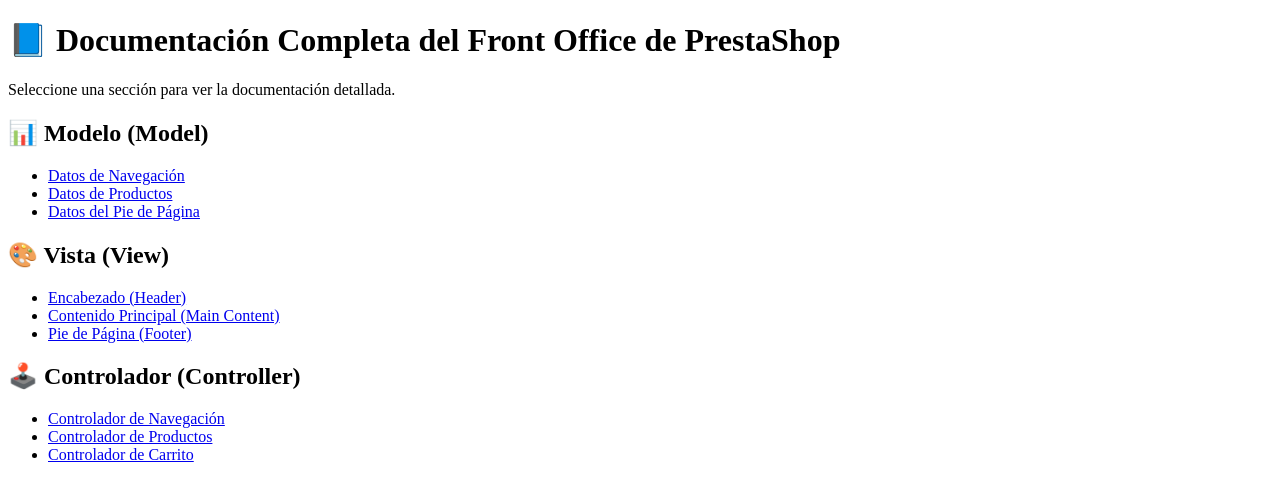
Repository: mag00s/documentacion-prestashop
Page: index.html
An editor plug-in stored every save of this project. The page is shown before and after the next save, followed by the edit.
The browser window is 1280 px wide. The pictures show the whole page.

Above is the page before, as saved 2024-11-13 16:27:41.

### index.html
<!DOCTYPE html>
<html lang="es">
<head>
    <meta charset="UTF-8">
    <meta name="viewport" content="width=device-width, initial-scale=1.0">
    <title>Documentación del Front Office - PrestaShop</title>
</head>
<body>
    <h1>📘 Documentación Completa del Front Office de PrestaShop</h1>
    <p>Seleccione una sección para ver la documentación detallada.</p>

    <h2>📊 Modelo (Model)</h2>
    <ul>
        <li><a href="model/datos_navegacion.html">Datos de Navegación</a></li>
        <li><a href="model/datos_productos.html">Datos de Productos</a></li>
        <li><a href="model/datos_pie_pagina.html">Datos del Pie de Página</a></li>
    </ul>

    <h2>🎨 Vista (View)</h2>
    <ul>
        <li><a href="view/encabezado.html">Encabezado (Header)</a></li>
        <li><a href="view/contenido_principal.html">Contenido Principal (Main Content)</a></li>
        <li><a href="view/pie_pagina.html">Pie de Página (Footer)</a></li>
    </ul>

    <h2>🕹️ Controlador (Controller)</h2>
    <ul>
        <li><a href="controller/controlador_navegacion.html">Controlador de Navegación</a></li>
        <li><a href="controller/controlador_productos.html">Controlador de Productos</a></li>
        <li><a href="controller/controlador_carrito.html">Controlador de Carrito</a></li>
    </ul>
</body>
</html>

### styles.css
/* Colores principales de la página */
:root {
    --primary-color: #2eacce;
    --secondary-color: #f5f5f5;
    --text-color: #333;
    --border-color: #ddd;
}

/* Estilo para el cuerpo de la página */
body {
    font-family: Arial, sans-serif;
    line-height: 1.6;
    margin: 0;
    padding: 0;
    color: var(--text-color);
    background-color: var(--secondary-color);
}

/* Contenedor principal */
.container {
    max-width: 1200px;
    margin: 0 auto;
    background-color: white;
    padding: 20px;
    box-shadow: 0 2px 4px rgba(0,0,0,0.1);
}

/* Cabecera */
.header {
    background-color: var(--primary-color);
    color: white;
    padding: 2rem;
    text-align: center;
}

/* Barra de navegación */
.navigation {
    position: sticky;
    top: 0;
    background: white;
    padding: 1rem;
    border-bottom: 1px solid var(--border-color);
    z-index: 100;
}

.nav-list {
    list-style: none;
    padding: 0;
    display: flex;
    gap: 1rem;
    flex-wrap: wrap;
}

.nav-item a {
    text-decoration: none;
    color: var(--text-color);
    cursor: pointer;
    padding: 0.5rem 1rem;
    background: var(--secondary-color);
    border-radius: 4px;
}

.nav-item a:hover {
    background: var(--primary-color);
    color: white;
}

/* Secciones de contenido */
.section {
    margin: 2rem 0;
    padding: 1rem;
    border: 1px solid var(--border-color);
    border-radius: 4px;
}

/* Pie de página */
footer {
    text-align: center;
    padding: 1rem;
    font-size: 0.9rem;
}

After the next save:
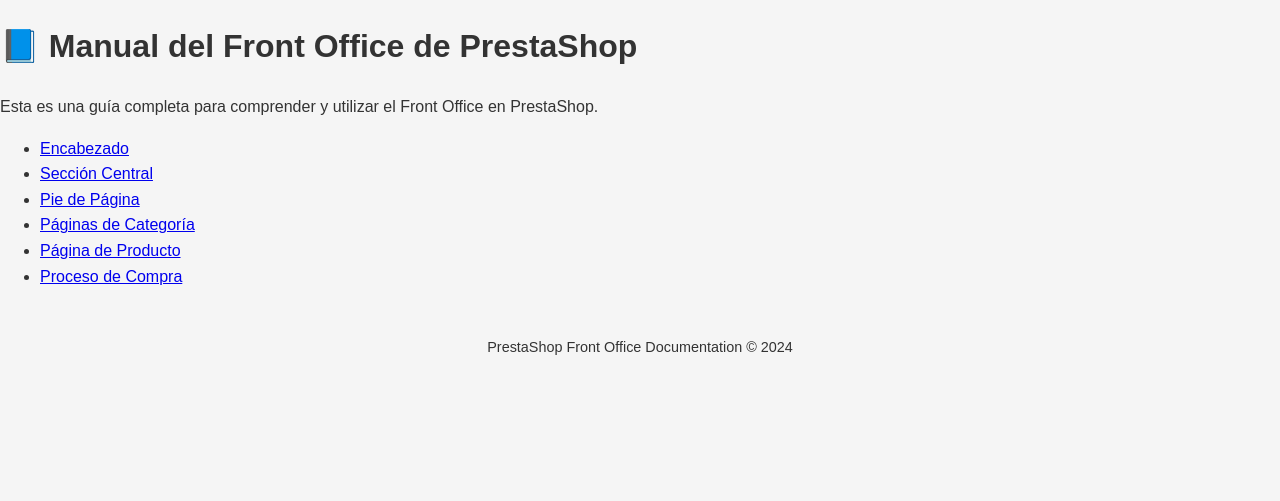
Saved 5 min 53 s later.
--- a/index.html
+++ b/index.html
@@ -3,31 +3,28 @@
 <head>
     <meta charset="UTF-8">
     <meta name="viewport" content="width=device-width, initial-scale=1.0">
-    <title>Documentación del Front Office - PrestaShop</title>
+    <title>Manual del Front Office - PrestaShop</title>
+    <link rel="stylesheet" href="styles.css">
 </head>
 <body>
-    <h1>📘 Documentación Completa del Front Office de PrestaShop</h1>
-    <p>Seleccione una sección para ver la documentación detallada.</p>
+    <header>
+        <h1>📘 Manual del Front Office de PrestaShop</h1>
+        <p>Esta es una guía completa para comprender y utilizar el Front Office en PrestaShop.</p>
+    </header>
 
-    <h2>📊 Modelo (Model)</h2>
-    <ul>
-        <li><a href="model/datos_navegacion.html">Datos de Navegación</a></li>
-        <li><a href="model/datos_productos.html">Datos de Productos</a></li>
-        <li><a href="model/datos_pie_pagina.html">Datos del Pie de Página</a></li>
-    </ul>
+    <nav>
+        <ul>
+            <li><a href="header.html">Encabezado</a></li>
+            <li><a href="central-section.html">Sección Central</a></li>
+            <li><a href="footer.html">Pie de Página</a></li>
+            <li><a href="category-page.html">Páginas de Categoría</a></li>
+            <li><a href="product-page.html">Página de Producto</a></li>
+            <li><a href="checkout.html">Proceso de Compra</a></li>
+        </ul>
+    </nav>
 
-    <h2>🎨 Vista (View)</h2>
-    <ul>
-        <li><a href="view/encabezado.html">Encabezado (Header)</a></li>
-        <li><a href="view/contenido_principal.html">Contenido Principal (Main Content)</a></li>
-        <li><a href="view/pie_pagina.html">Pie de Página (Footer)</a></li>
-    </ul>
-
-    <h2>🕹️ Controlador (Controller)</h2>
-    <ul>
-        <li><a href="controller/controlador_navegacion.html">Controlador de Navegación</a></li>
-        <li><a href="controller/controlador_productos.html">Controlador de Productos</a></li>
-        <li><a href="controller/controlador_carrito.html">Controlador de Carrito</a></li>
-    </ul>
+    <footer>
+        <p>PrestaShop Front Office Documentation © 2024</p>
+    </footer>
 </body>
 </html>
